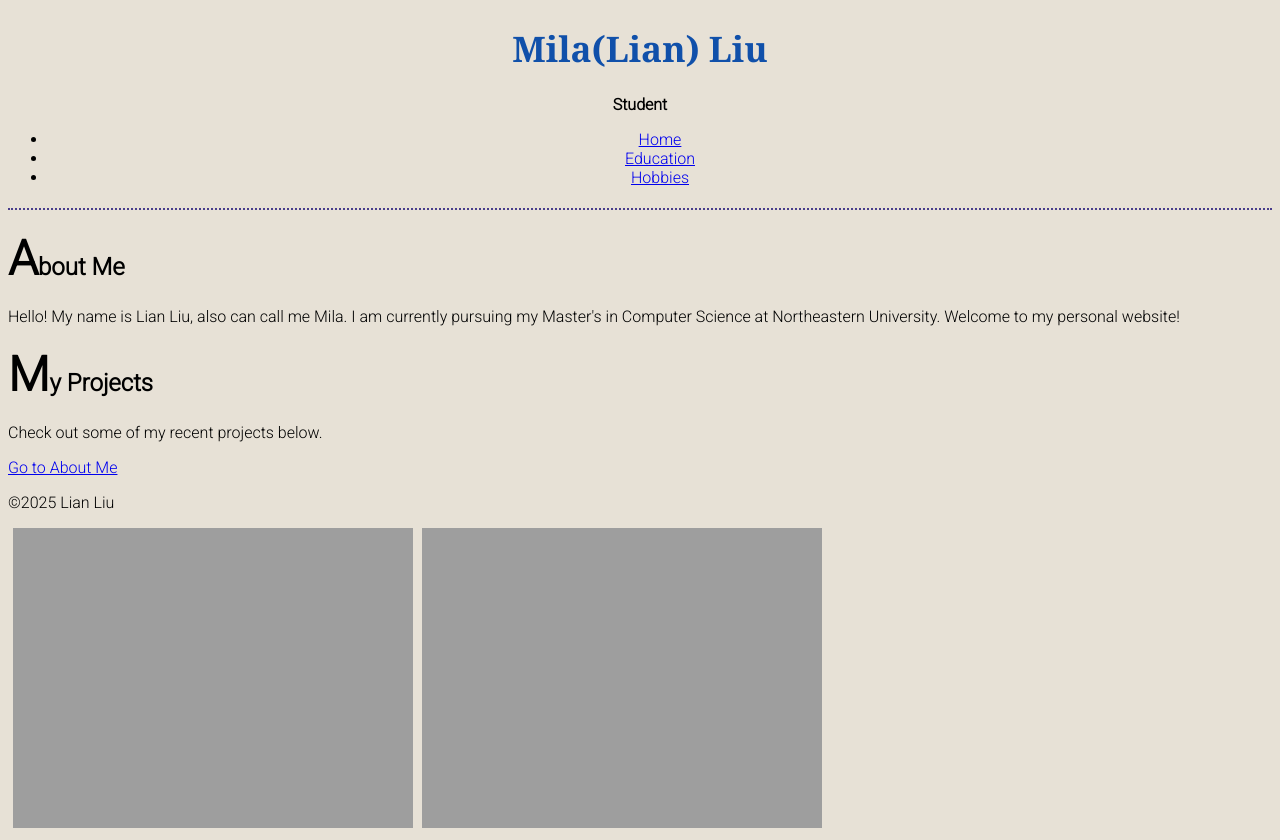
Repository: liulian26/CS5610
Page: assignment-1-liulian26/index.html
An editor plug-in stored every save of this project. The page is shown before and after the next save, followed by the edit.
The browser window is 1280 px wide. The pictures show the whole page.
Pictures or frames that could not be fetched are drawn as grey boxes.

Above is the page before, as saved 2025-01-31 22:39:41.

After the next save:
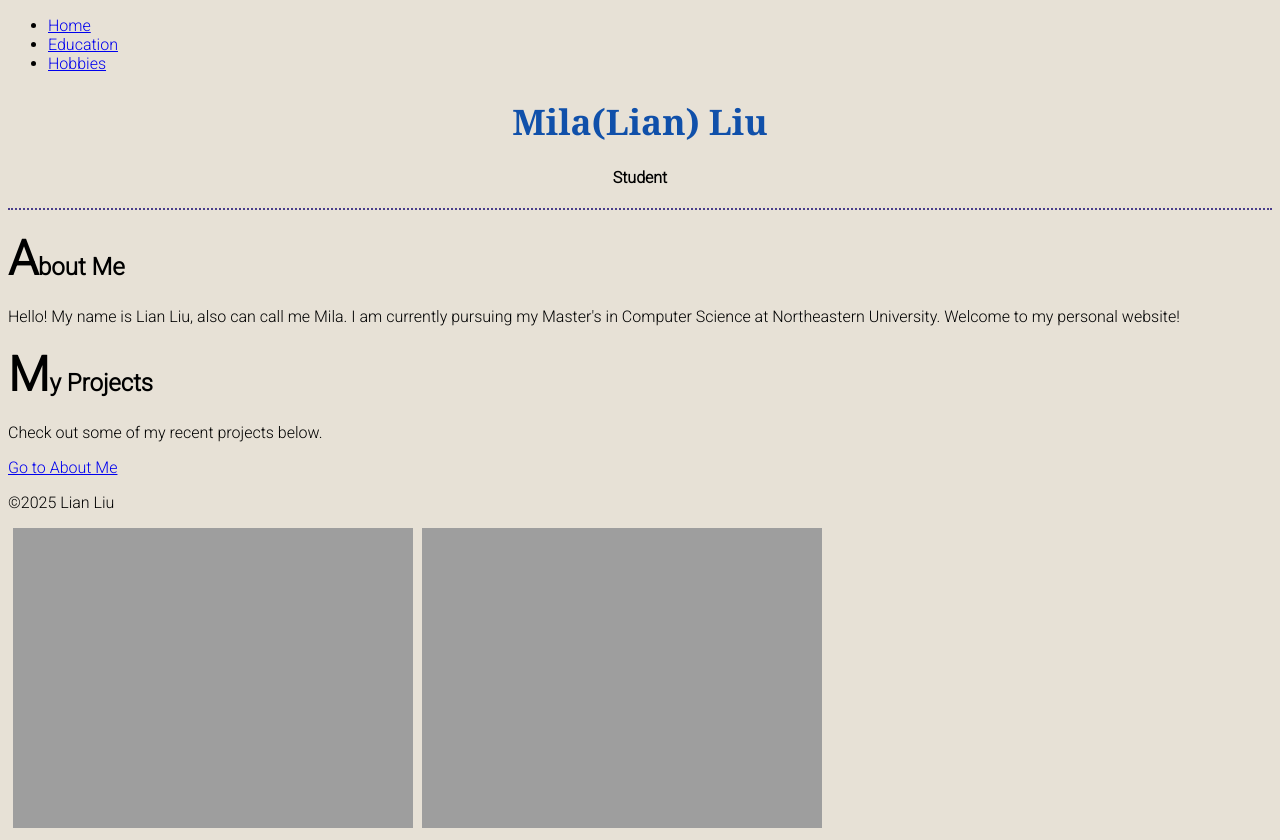
Saved 4 min 53 s later.
--- a/assignment-1-liulian26/index.html
+++ b/assignment-1-liulian26/index.html
@@ -4,18 +4,18 @@
     <meta charset="UTF-8">
     <title>My Portfolio</title>
     <link rel="stylesheet" href="css/styles.css">
+    <nav>
+        <ul>
+            <li><a href="index.html">Home</a></li>
+            <li><a href="pages/education.html">Education</a></li>
+            <li><a href="pages/hobbies.html">Hobbies</a></li>
+        </ul>
+    </nav>
 </head>
 <body>
     <header>
         <h1>Mila(Lian) Liu</h1>
         <p id="role">Student</p>
-        <nav>
-            <ul>
-                <li><a href="index.html">Home</a></li>
-                <li><a href="pages/education.html">Education</a></li>
-                <li><a href="pages/hobbies.html">Hobbies</a></li>
-            </ul>
-        </nav>
     </header>
 
     <main>

After the save that followed:
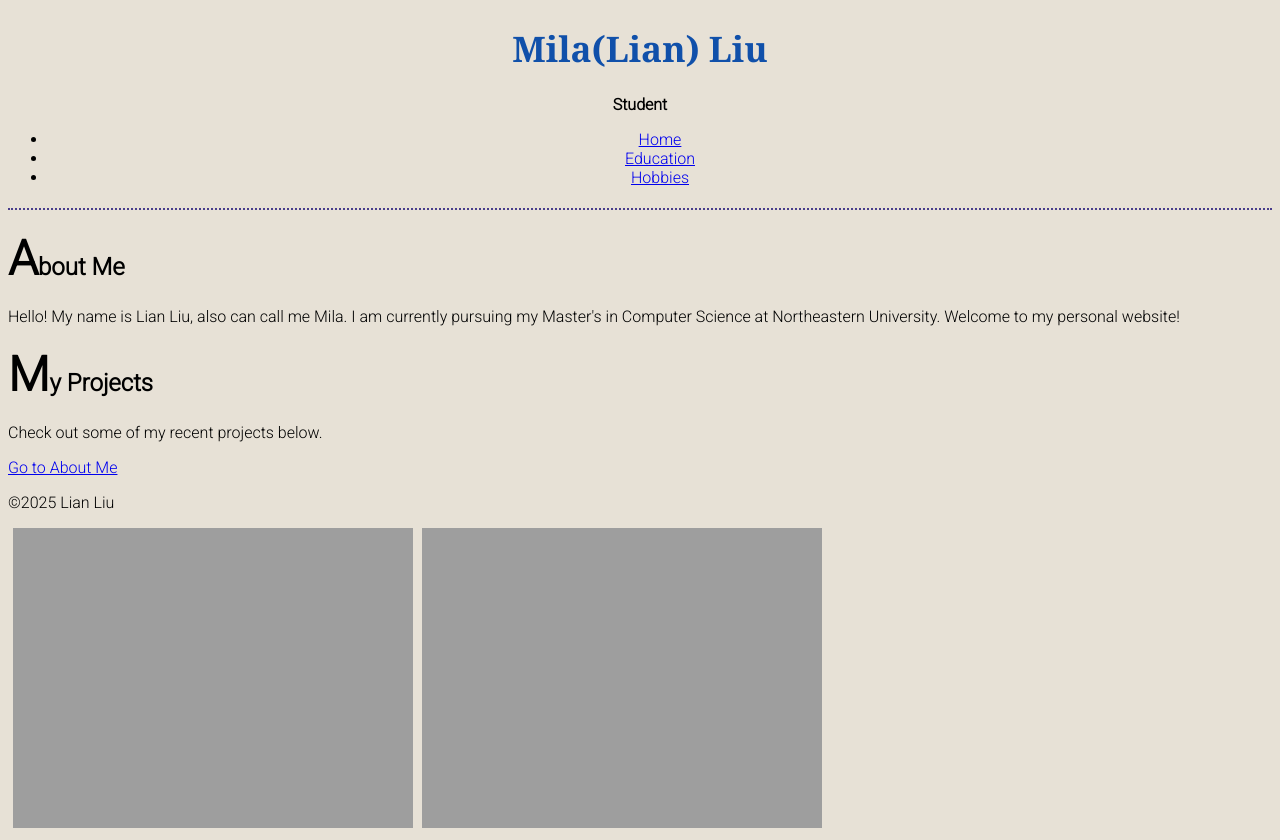
Saved 15 s later.
--- a/assignment-1-liulian26/index.html
+++ b/assignment-1-liulian26/index.html
@@ -4,18 +4,18 @@
     <meta charset="UTF-8">
     <title>My Portfolio</title>
     <link rel="stylesheet" href="css/styles.css">
-    <nav>
-        <ul>
-            <li><a href="index.html">Home</a></li>
-            <li><a href="pages/education.html">Education</a></li>
-            <li><a href="pages/hobbies.html">Hobbies</a></li>
-        </ul>
-    </nav>
 </head>
 <body>
     <header>
         <h1>Mila(Lian) Liu</h1>
         <p id="role">Student</p>
+        <nav>
+            <ul>
+                <li><a href="index.html">Home</a></li>
+                <li><a href="pages/education.html">Education</a></li>
+                <li><a href="pages/hobbies.html">Hobbies</a></li>
+            </ul>
+        </nav>
     </header>
 
     <main>
